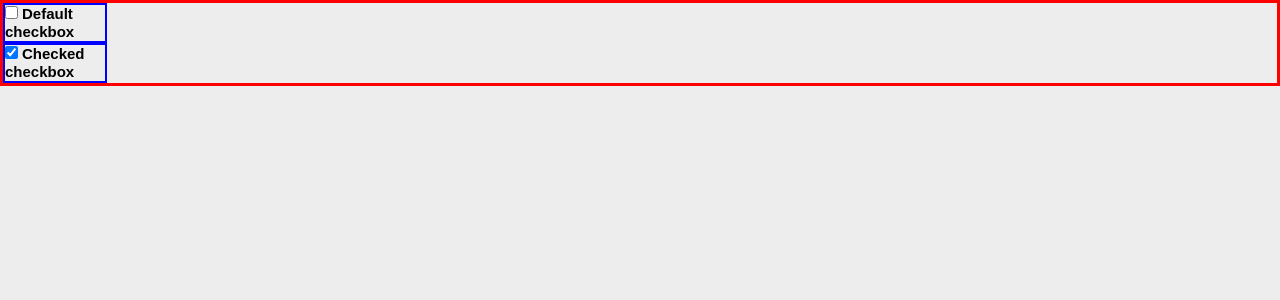
Repository: Grace229/Hasob-form
Page: index.html
These files come from the project's save history. The page is drawn as it stood at one moment and after a run of saves; the edit follows.
The browser window is 1280 px wide. The pictures show the whole page.

Above is the page before, as saved 2020-12-26 19:29:04.

After the next 5 saves:
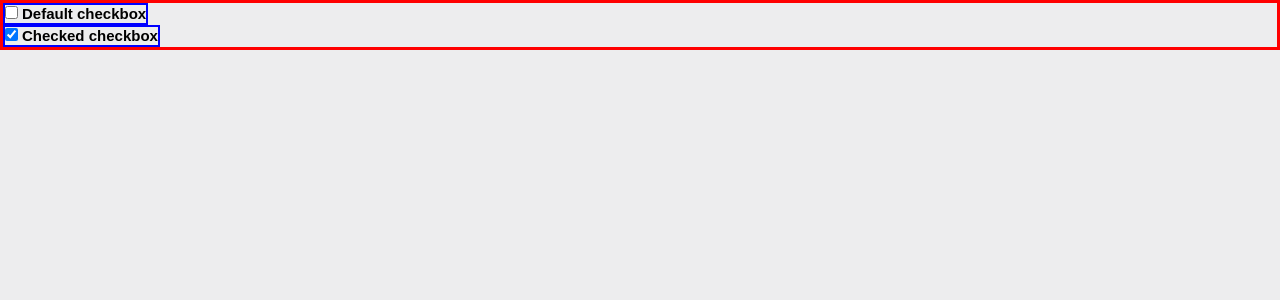
The 5 saves are shown as one change because they came seconds apart.
The last was saved 95 s later.
--- a/style.css
+++ b/style.css
@@ -13,7 +13,7 @@ input{
 }
 .form-check{
     border: solid 2px blue;
-    width: 100px;
+    width: fit-content;
 }
 .container{
     border: solid 3px red;
